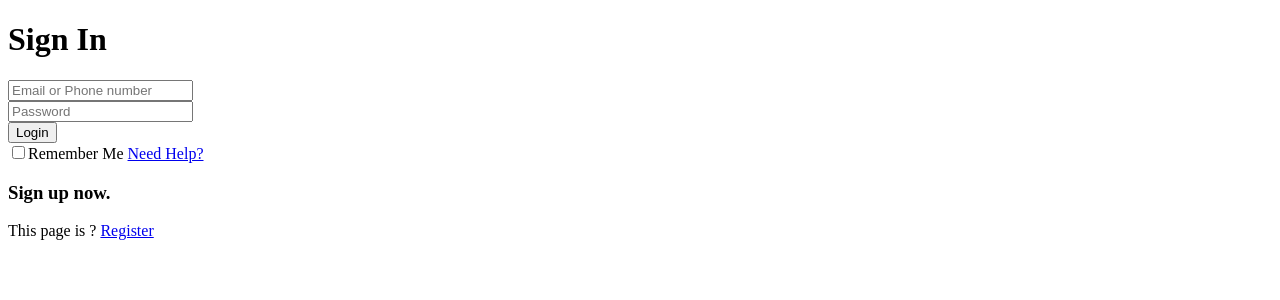
Repository: isaacCodes1/Netflixcopy
Page: index.html
These files come from the project's save history. The page is drawn as it stood at one moment and after the next save; the edit follows.
The browser window is 1280 px wide. The pictures show the whole page.

Above is the page before, as saved 2024-03-07 22:20:32.

After the next save:
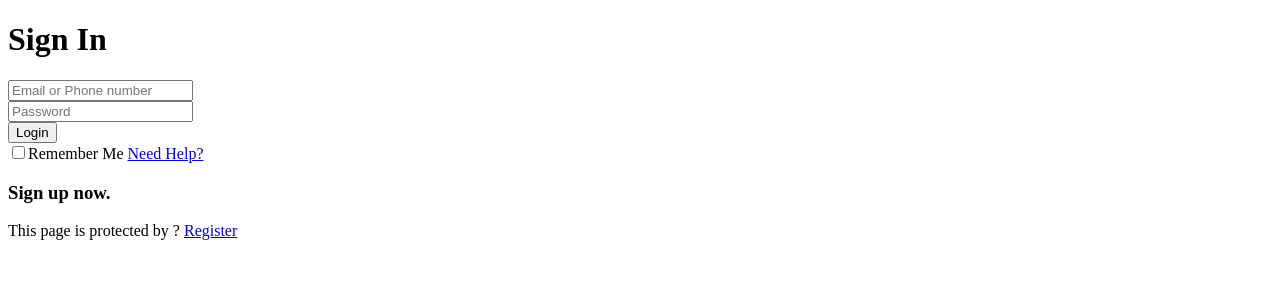
Saved 7 s later.
--- a/index.html
+++ b/index.html
@@ -23,7 +23,7 @@
             <a href="#">Need Help?</a>
           </div>
             <h3>Sign up now.</h3>
-            <p>This page is ? <a href="#">Register</a></p>
+            <p>This page is protected by ? <a href="#">Register</a></p>
           </div>
         </form>
       </div>
